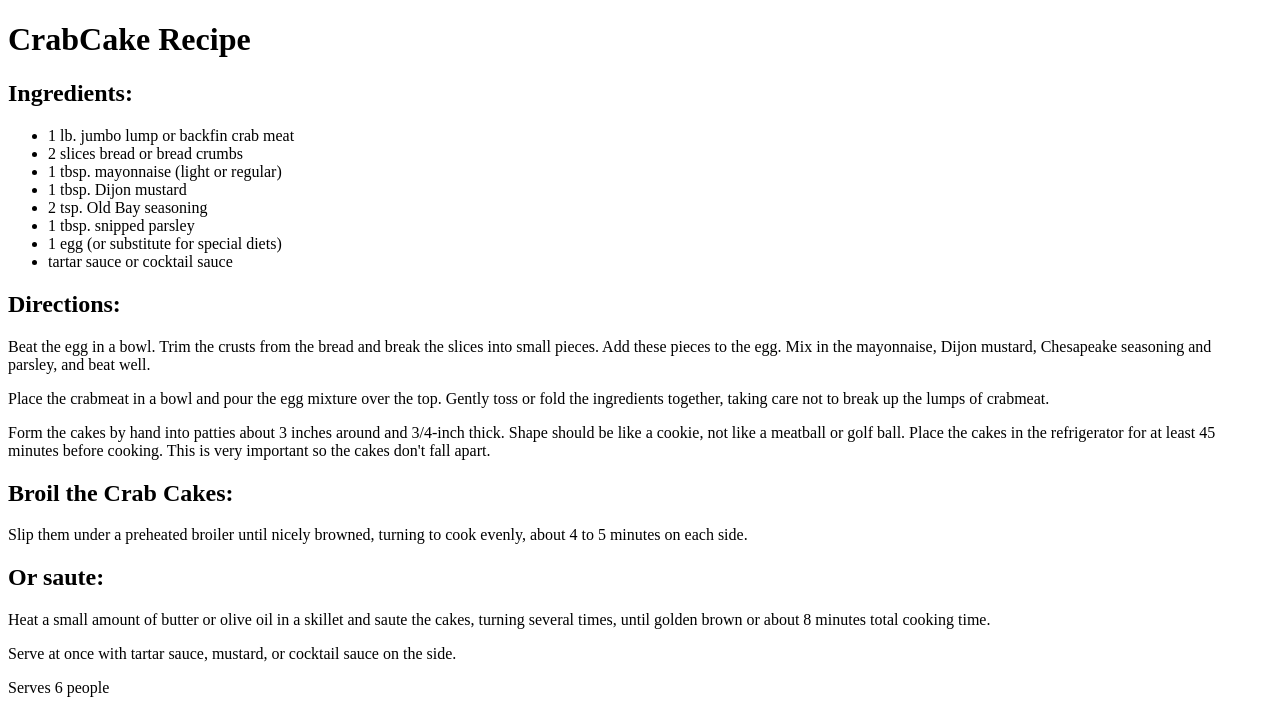
Repository: henokkeleta/SpringIt2
Page: CrabCake/WebContent/CrabbyCake.html
The author's editor kept a copy of each file at every save. The page is drawn from the files as they stood at one save, then again after the next save.
The browser window is 1280 px wide. The pictures show the whole page.

Above is the page before, as saved 2017-06-13 14:10:22.

### CrabCake/WebContent/CrabbyCake.html
<!DOCTYPE html>
<html>
<head>
<meta charset="UTF-8">
<title>CrabbyCake</title>
<h1 align="left">CrabCake Recipe</h1>
<h2 align="justify">Ingredients:</h2>
</head>
<body>
	<ul>
		<li>1 lb. jumbo lump or backfin crab meat</li>
		<li>2 slices bread or bread crumbs</li>
		<li>1 tbsp. mayonnaise (light or regular)</li>
		<li>1 tbsp. Dijon mustard</li>
		<li>2 tsp. Old Bay seasoning</li>
		<li>1 tbsp. snipped parsley</li>
		<li>1 egg (or substitute for special diets)</li>
		<li>tartar sauce or cocktail sauce</li>
	</ul>
	<h2>Directions:</h2>
	<p>
		Beat the egg in a bowl. Trim the crusts from the bread and break the
		slices into small pieces. Add these pieces to the egg. Mix in the
		mayonnaise, Dijon mustard, Chesapeake seasoning and<br> parsley,
		and beat well.
	</p>
	<p>Place the crabmeat in a bowl and pour the egg mixture over the
		top. Gently toss or fold the ingredients together, taking care not to
		break up the lumps of crabmeat.</p>
	<p>
		Form the cakes by hand into patties about 3 inches around and 3/4-inch
		thick. Shape should be like a cookie, not like a meatball or golf
		ball. Place the cakes in the refrigerator for at least 45<br>
		minutes before cooking. This is very important so the cakes don't fall
		apart.
	<h2>Broil the Crab Cakes:</h2>
	<p>Slip them under a preheated broiler until nicely browned,
		turning to cook evenly, about 4 to 5 minutes on each side.</p>
	<h2>Or saute:</h2>
	<p>Heat a small amount of butter or olive oil in a skillet and
		saute the cakes, turning several times, until golden brown or about 8
		minutes total cooking time.</p>
	<p>Serve at once with tartar sauce, mustard, or cocktail sauce on
		the side.</p>
	<p>Serves 6 people</p>



</body>
</html>

After the next save:
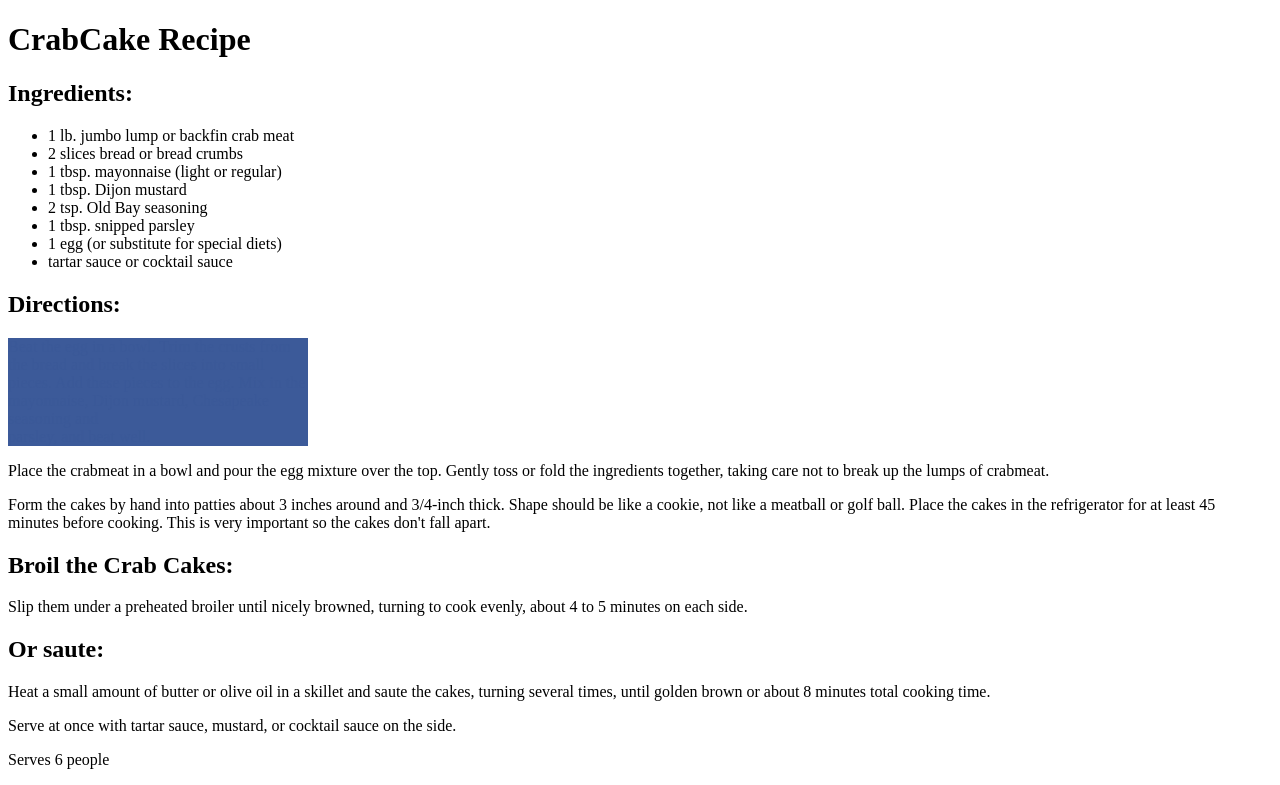
Saved 19 min 16 s later.
--- a/CrabCake/WebContent/CrabbyCake.html
+++ b/CrabCake/WebContent/CrabbyCake.html
@@ -3,6 +3,15 @@
 <head>
 <meta charset="UTF-8">
 <title>CrabbyCake</title>
+<style type ="text/css">
+
+.first{
+       color:#3B5998;
+       background-color:#3C5A99;
+       width:300px;
+        }
+
+</style>
 <h1 align="left">CrabCake Recipe</h1>
 <h2 align="justify">Ingredients:</h2>
 </head>
@@ -18,7 +27,7 @@
 		<li>tartar sauce or cocktail sauce</li>
 	</ul>
 	<h2>Directions:</h2>
-	<p>
+	<p class="first">
 		Beat the egg in a bowl. Trim the crusts from the bread and break the
 		slices into small pieces. Add these pieces to the egg. Mix in the
 		mayonnaise, Dijon mustard, Chesapeake seasoning and<br> parsley,
